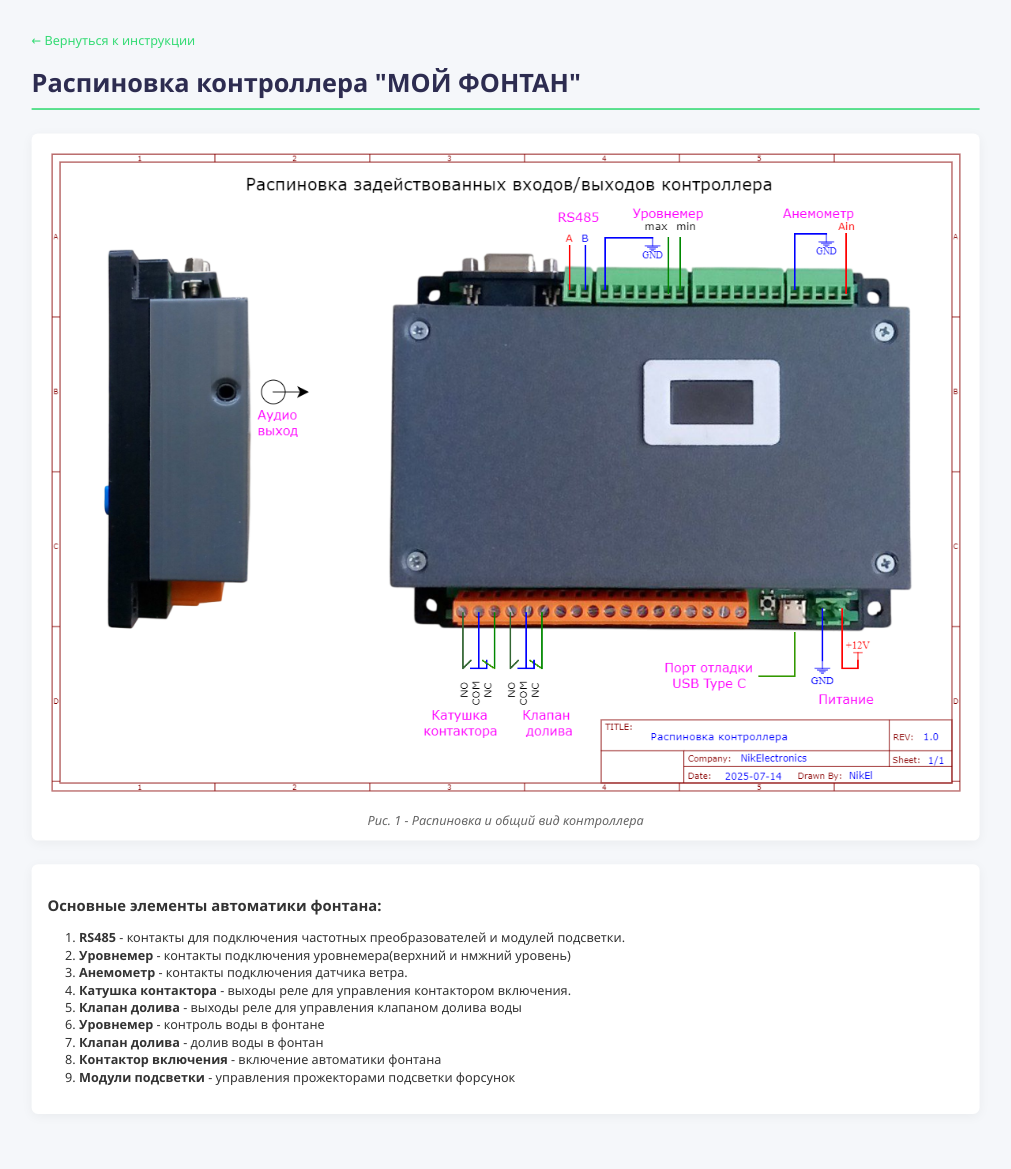
Repository: NikElectronics/fountain_manual
Page: pinout.html
These files come from the project's save history. The page is drawn as it stood at one moment and after the next save; the edit follows.
The browser window is 1280 px wide. The pictures show the whole page, at 79% of full size.

Above is the page before, as saved 2025-07-14 10:19:09.

After the next save:
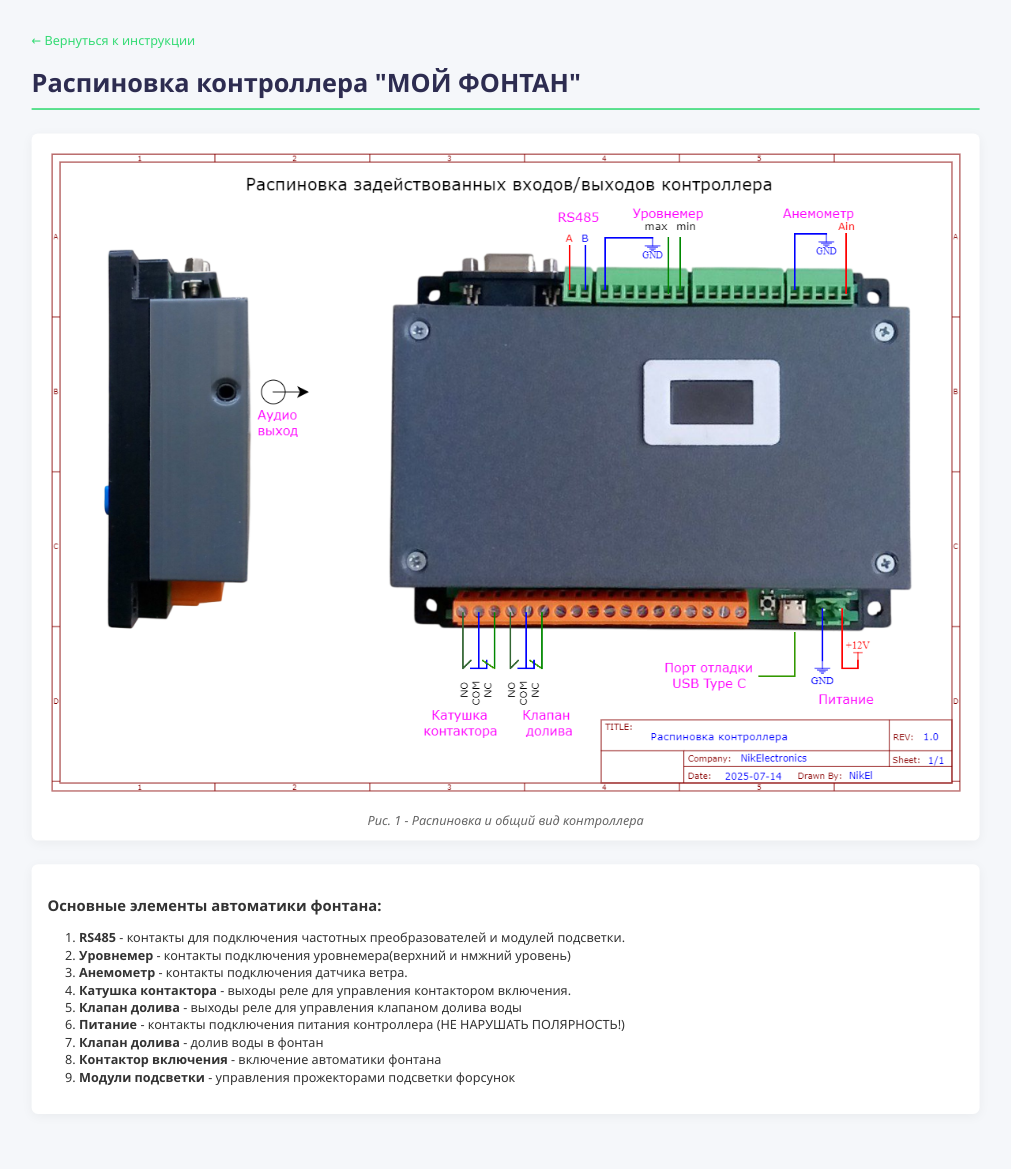
Saved 59 s later.
--- a/pinout.html
+++ b/pinout.html
@@ -96,7 +96,7 @@
                 <li><strong>Анемометр</strong> - контакты подключения датчика ветра.</li>
                 <li><strong>Катушка контактора</strong> - выходы реле для управления контактором включения.</li>
                 <li><strong>Клапан долива</strong> - выходы реле для управления клапаном долива воды</li>
-                <li><strong>Уровнемер</strong> - контроль воды в фонтане</li>
+                <li><strong>Питание</strong> - контакты подключения питания контроллера (НЕ НАРУШАТЬ ПОЛЯРНОСТЬ!)</li>
                 <li><strong>Клапан долива</strong> - долив воды в фонтан</li>
                 <li><strong>Контактор включения</strong> - включение автоматики фонтана</li>
                 <li><strong>Модули подсветки</strong> - управления прожекторами подсветки форсунок</li>
